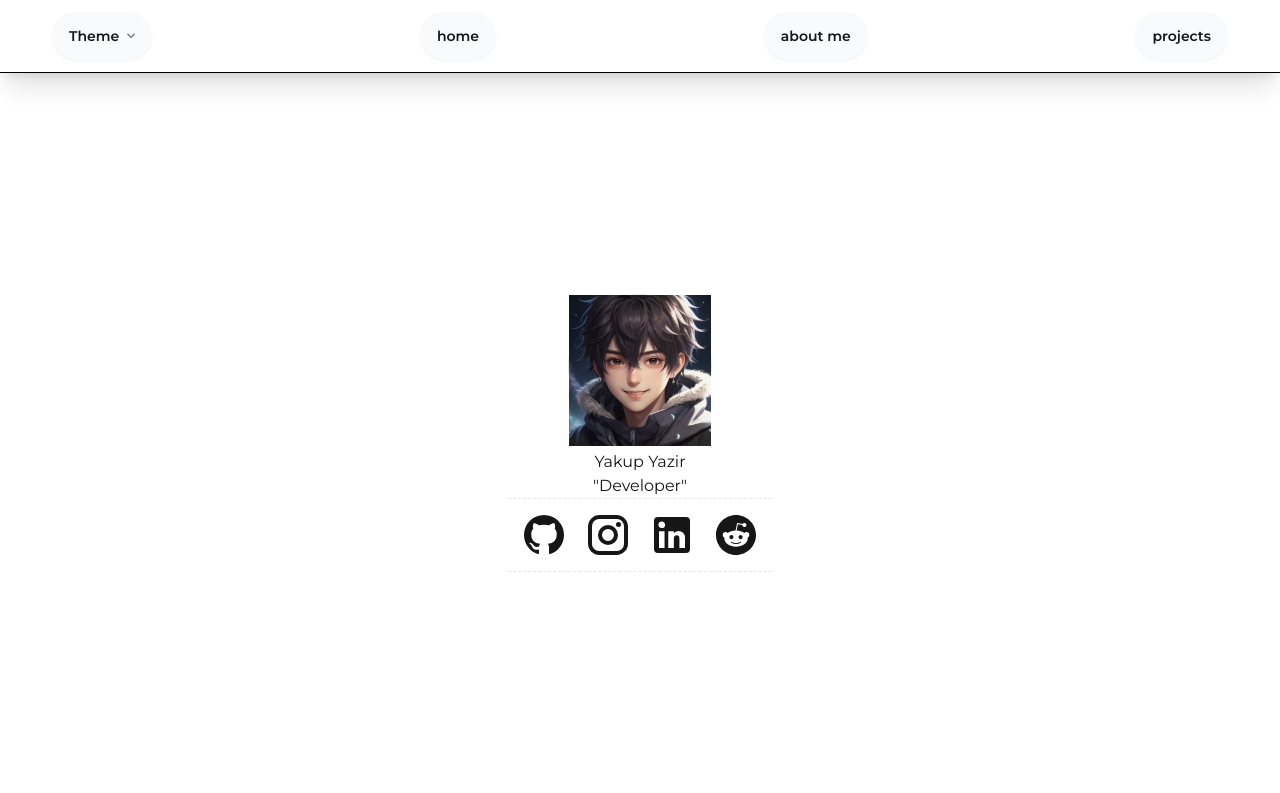
Repository: Yakyaz/myWebsite
Page: /home
An editor plug-in stored every save of this project. The page is shown before and after the next save, followed by the edit.
The browser window is 1280 px wide. The pictures show the whole page.
The project was rebuilt for these pictures with package versions that can differ from the ones it lists, and the page was loaded fresh each time. The framework's server and built-in components were replaced by stand-ins that run in the browser. Also part of the build but not shown: next.config.js.

Above is the page before, as saved 2023-12-03 14:15:03.

After the next save:
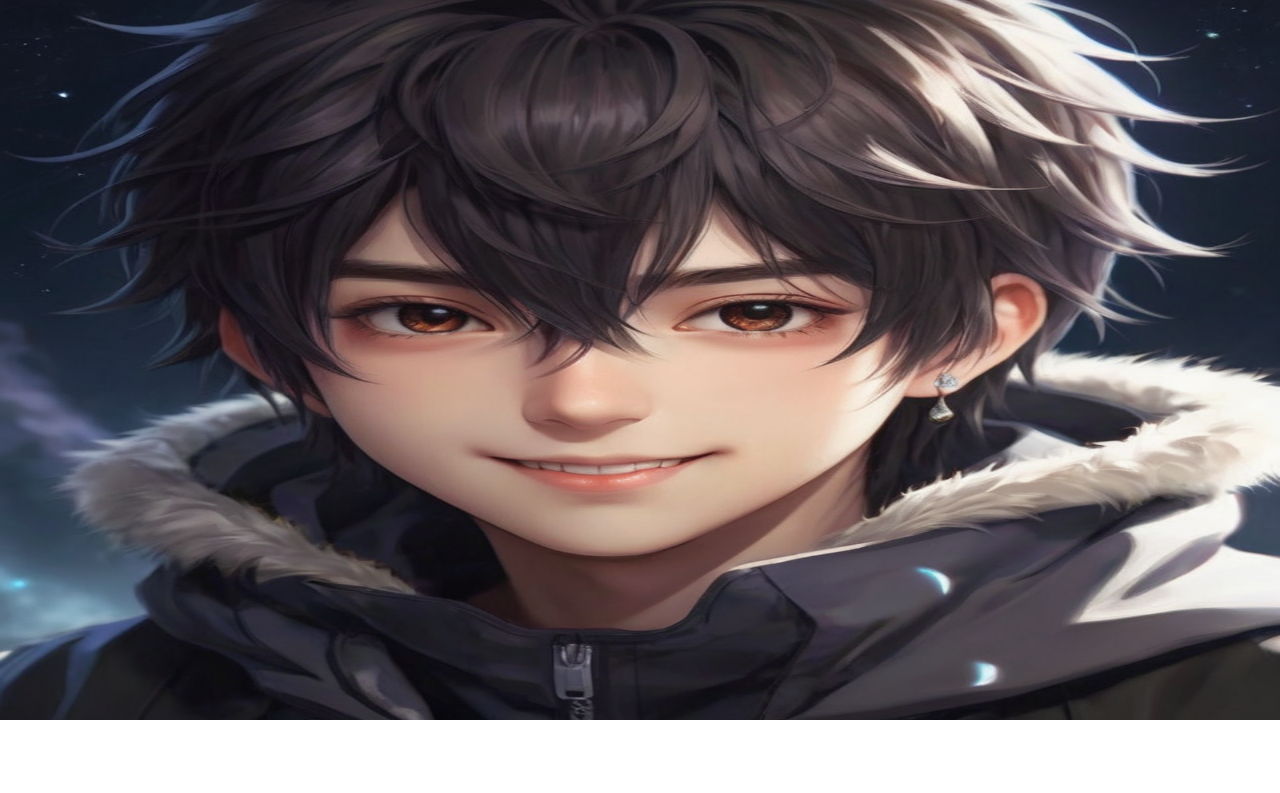
Saved 57 s later.
--- a/app/home/page.tsx
+++ b/app/home/page.tsx
@@ -23,6 +23,7 @@
               placeholder="blur"
               quality={100}
               sizes="100%"
+              layout="fill"
             />
           </div>
 

After the save that followed:
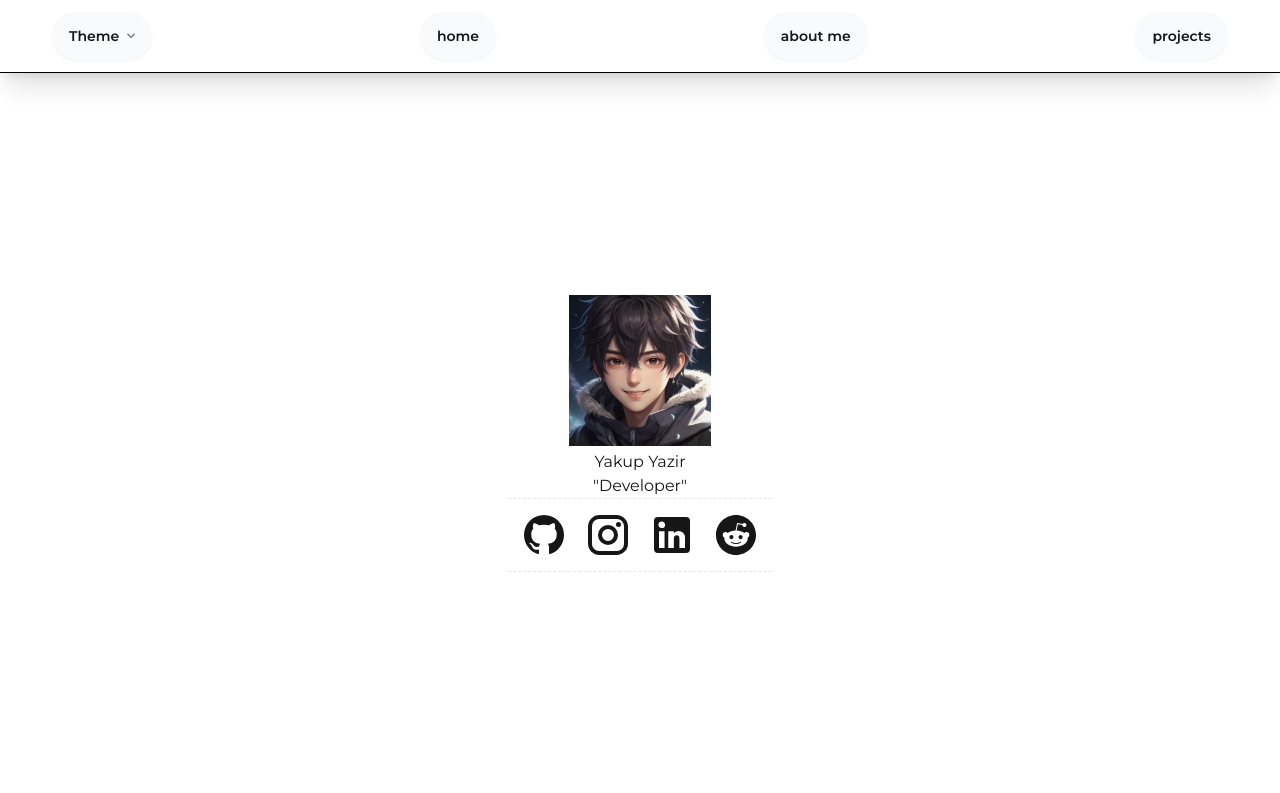
Saved 6 s later.
--- a/app/home/page.tsx
+++ b/app/home/page.tsx
@@ -23,7 +23,6 @@
               placeholder="blur"
               quality={100}
               sizes="100%"
-              layout="fill"
             />
           </div>
 
